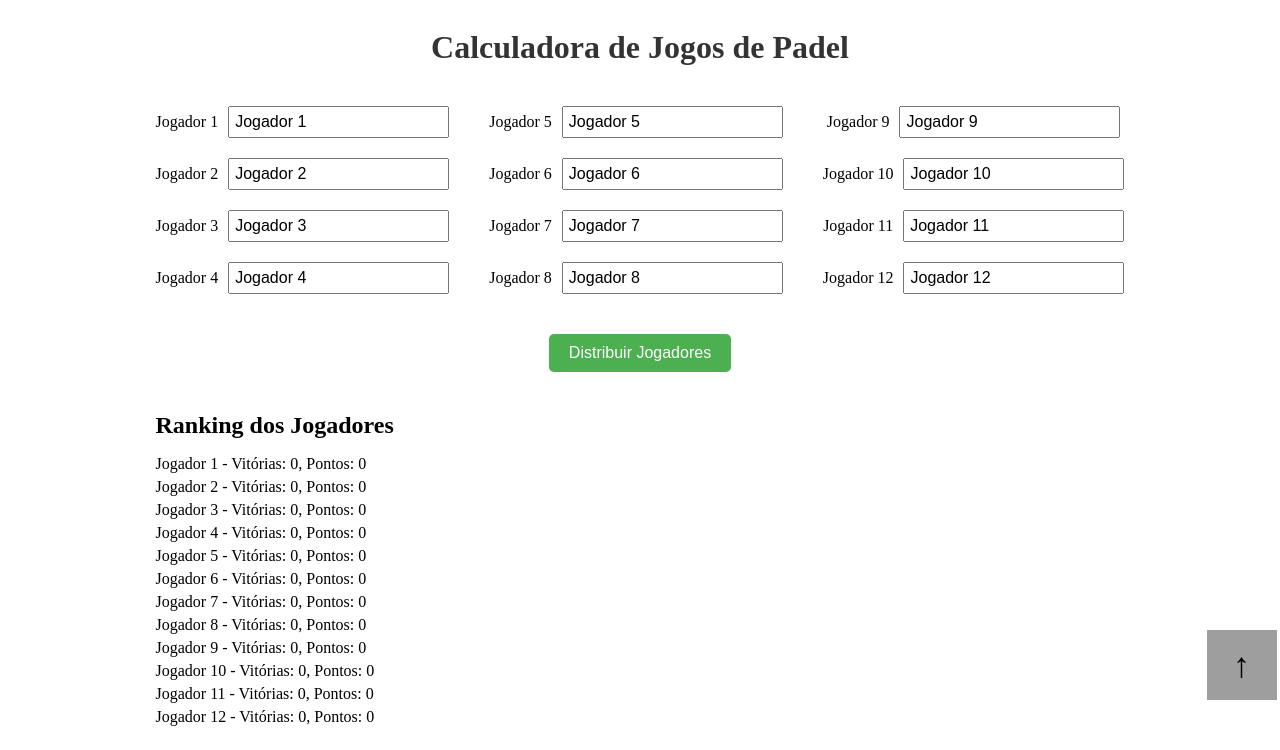
Repository: MarcioMiguel22/PadelMaster
Page: /calculadora
An editor plug-in stored every save of this project. The page is shown before and after the next save, followed by the edit.
The browser window is 1280 px wide. The pictures show the whole page.
Pictures or frames that could not be fetched are drawn as grey boxes. The project was rebuilt for these pictures with package versions that can differ from the ones it lists, and the page was loaded fresh each time. Also part of the build but not shown: vite.config.ts, src/pages/Home/Home.tsx, src/components/components_calculadora/Campo.tsx, src/components/components_calculadora/Jogo.tsx, src/index.css.

Above is the page before, as saved 2024-06-14 12:07:21.

After the next save:
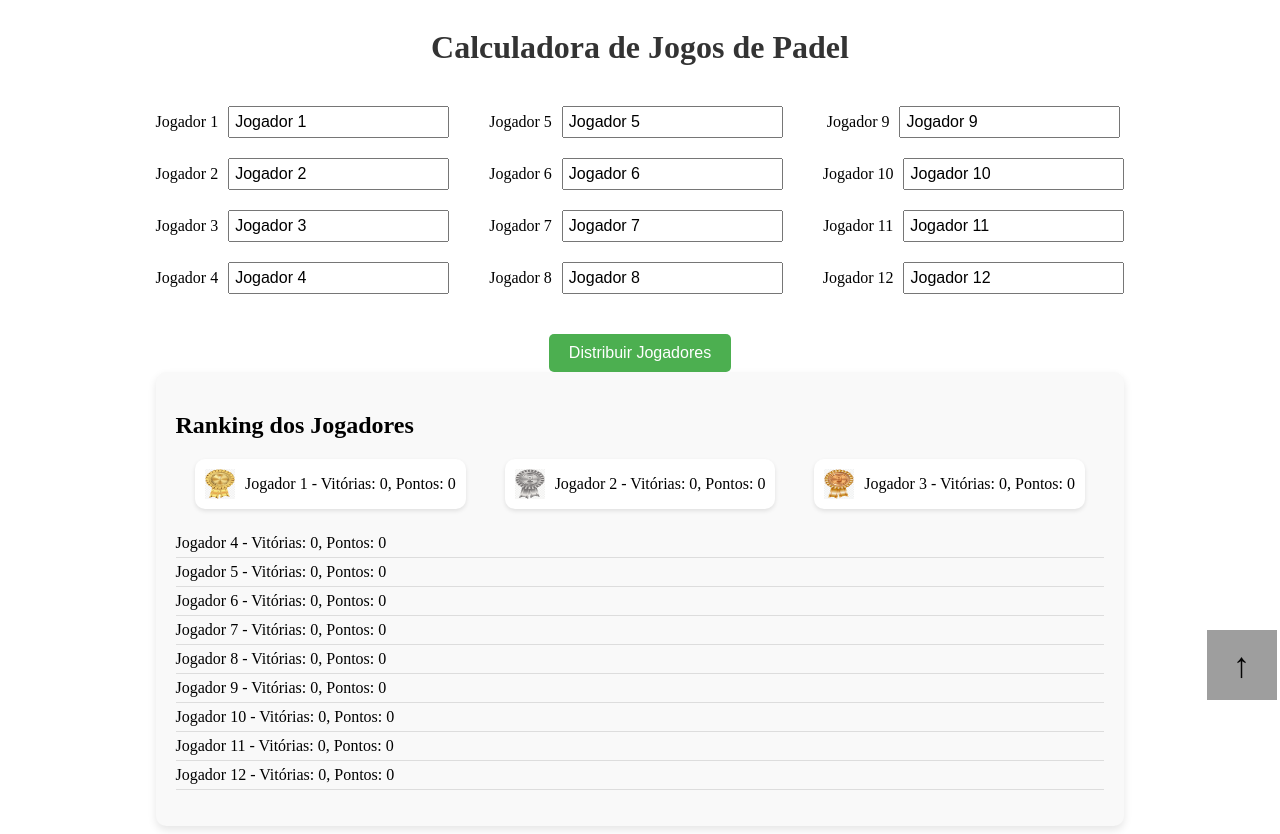
Saved 17 s later.
--- a/src/components/components_calculadora/Ranking.tsx
+++ b/src/components/components_calculadora/Ranking.tsx
@@ -1,4 +1,8 @@
 import React from 'react';
+import ouro from '../../assets/images/ouro.png';
+import prata from '../../assets/images/prata.png';
+import bronze from '../../assets/images/bronze.png';
+import styles from './Ranking.module.css';
 
 interface Jogador {
   id: number;
@@ -11,17 +15,32 @@ interface RankingProps {
   jogadoresClassificados: Jogador[];
 }
 
-const Ranking: React.FC<RankingProps> = ({ jogadoresClassificados }) => (
-  <div className="ranking-container">
-    <h2>Ranking dos Jogadores</h2>
-    <ul>
-      {jogadoresClassificados.map((jogador) => (
-        <li key={jogador.id}>
-          {jogador.nome} - Vitórias: {jogador.vitorias}, Pontos: {jogador.pontos}
-        </li>
-      ))}
-    </ul>
-  </div>
-);
+const Ranking: React.FC<RankingProps> = ({ jogadoresClassificados }) => {
+  const top3 = jogadoresClassificados.slice(0, 3);
+  const outrosJogadores = jogadoresClassificados.slice(3);
+
+  const medalhas = [ouro, prata, bronze];
+
+  return (
+    <div className={styles.rankingContainer}>
+      <h2>Ranking dos Jogadores</h2>
+      <div className={styles.top3Container}>
+        {top3.map((jogador, index) => (
+          <div key={jogador.id} className={styles.top3Item}>
+            <img src={medalhas[index]} alt={`Medalha de ${index + 1}`} className={styles.medalha} />
+            {jogador.nome} - Vitórias: {jogador.vitorias}, Pontos: {jogador.pontos}
+          </div>
+        ))}
+      </div>
+      <ul className={styles.outrosJogadores}>
+        {outrosJogadores.map((jogador) => (
+          <li key={jogador.id}>
+            {jogador.nome} - Vitórias: {jogador.vitorias}, Pontos: {jogador.pontos}
+          </li>
+        ))}
+      </ul>
+    </div>
+  );
+};
 
 export default Ranking;
